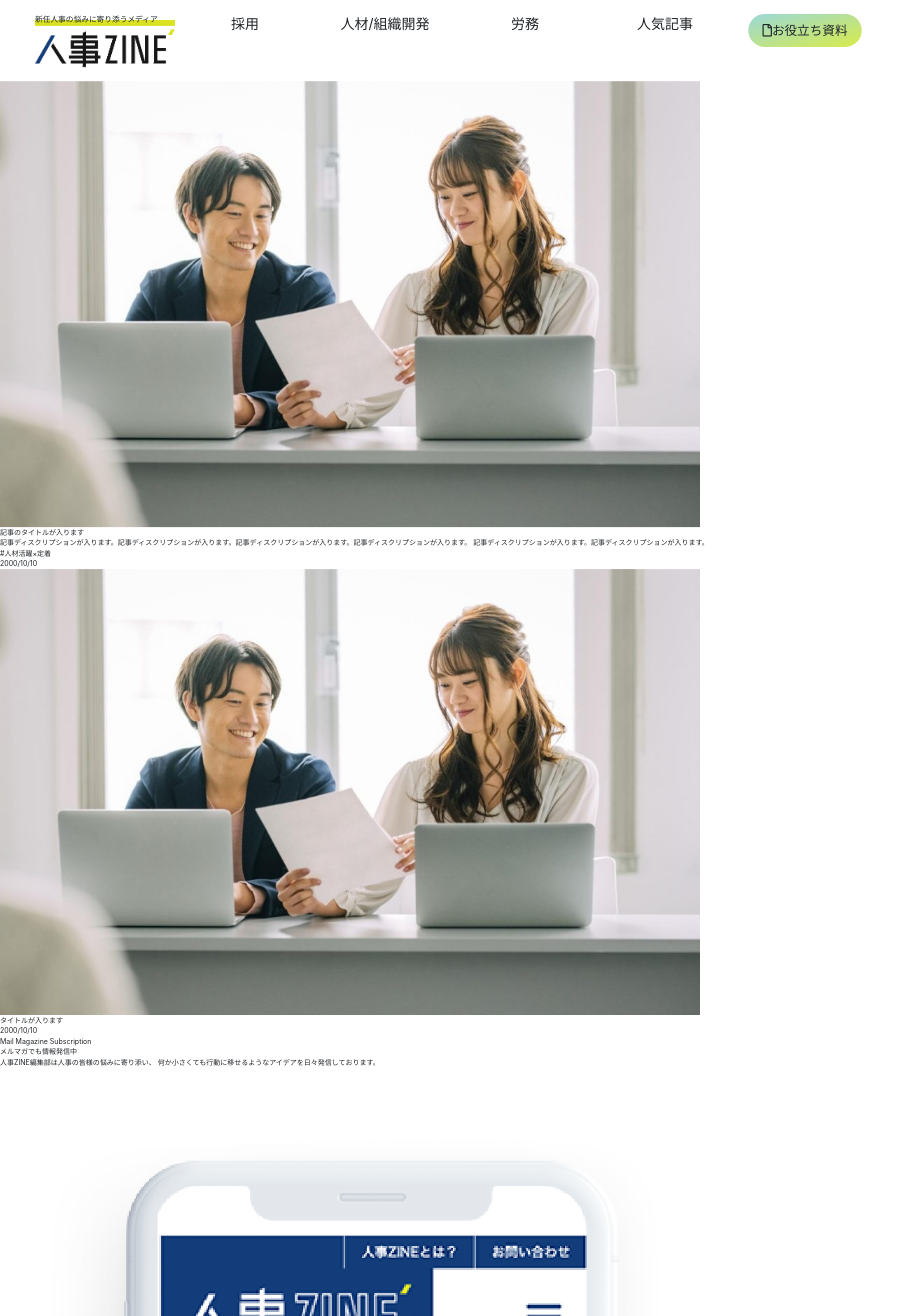
Repository: daisukey623/WpPractice
Page: http://localhost/index.html
These files come from the project's save history. The page is drawn as it stood at one moment and after a run of saves; the edit follows.
The browser window is 1280 px wide. The page is 1290 px wide, so the pictures cover 1290 px, including what lies to the right of the window. The pictures show the part of the page from y = 0 to 1880 px (the page is 3071 px tall), at 70% of full size.
Some web libraries are served in a nearby version. The page is run by PHP 8.4 with error messages shown; the project is at /var/www/html/. Style sheets and scripts are compiled from the project's sources, by tool versions that may differ from the author's.

Above is the page before, as saved 2021-09-23 18:57:08.

### index.html
<!DOCTYPE html>
<html lang="en">
  <head>
    <meta charset="UTF-8" />
    <meta http-equiv="X-UA-Compatible" content="IE=edge" />
    <meta name="viewport" content="width=device-width, initial-scale=1.0" />
    <link rel="stylesheet" href="/scss/this-thema.css" />
    <link
      href="https://use.fontawesome.com/releases/v5.6.1/css/all.css"
      rel="stylesheet"
    />
    <title>Document</title>
  </head>
  <body>
    <header>
      <div class="container">
        <div class="logo">
          <p class="logo-desc">新任人事の悩みに寄り添うメディア</p>
          <img src="/img/logo_black.png" alt="ロゴ" />
        </div>
        <nav class="nav">
          <ul class="nav-items">
            <li><a href="">採用</a></li>

            <li><a href="">人材/組織開発</a></li>
            <li><a href="">労務</a></li>
            <li><a href="">人気記事</a></li>
            <li>
              <button>
                <span
                  ><a href=""><i class="far fa-file"></i>お役立ち資料</a>
                  </span
                >
              </button>
            </li>
          </ul>
        </nav>
      </div>
    </header>
    <main>
      <article>
        <div>
          <img src="/img/eyecatch.jpg" alt="アイキャッチ" />
          <h2>記事のタイトルが入ります</h2>
          <p>
            記事ディスクリプションが入ります。記事ディスクリプションが入ります。記事ディスクリプションが入ります。記事ディスクリプションが入ります。
            記事ディスクリプションが入ります。記事ディスクリプションが入ります。
          </p>
          <p>#人材活躍×定着</p>
          <p>2000/10/10</p>
        </div>
      </article>
    </main>
    <aside>
      <article>
        <div>
          <img src="/img/eyecatch.jpg" alt="" />
          <h2>タイトルが入ります</h2>
          <p>2000/10/10</p>
        </div>
      </article>
    </aside>
    <footer>
      <div>
        <h2>Mail Magazine Subscription</h2>
        <p>メルマガでも情報発信中</p>
        <p>
          人事ZINE編集部は人事の皆様の悩みに寄り添い、
          何か小さくても行動に移せるようなアイデアを日々発信しております。
        </p>
      </div>
      <div>
        <img src="/img/footer_mail_mobile.png" alt="メルマガ" />
        <p>人事ZINE メルマガでは、こんな情報をお届けいたします。</p>
        <ul>
          <li>人事業務の基本知識が学べる記事</li>
          <li>今の時期に必要な人事業務が学べる記事</li>
          <li>人事セミナーのご案内</li>
          <li>その他 採用のお役立ち情報のご案内など</li>
        </ul>
        <p>ぜひご登録ください。</p>
        <button>登録はこちら</button>
      </div>
      <div>
        <img src="" alt="" />
        <img src="" alt="" />
        <img src="" alt="" />
        <ul>
          <li><a href="">人事ZINEとは</a></li>
          <li><a href="">プライバシーポリシー</a></li>
          <li><a href="">運営会社</a></li>
          <li><a href="">お問い合わせ</a></li>
        </ul>
        <p>コピーライト</p>
      </div>
    </footer>
  </body>
</html>

### scss/this-thema.scss
@import  "_variables.scss";
@import  "_global.scss";
@import  "_reset.scss";
@import  "_header.scss";

### scss/_variables.scss
$blue: #133D7A !default;
$yellow: #DBE222 !default;

### scss/_global.scss
html {
  font-family: sans-serif;
  line-height: 1.15;
  -webkit-text-size-adjust: 100%;
  -webkit-tap-highlight-color: rgba(0, 0, 0, 0);
  font-size: 10px;
  margin: 0;
  padding: 0;
}

body {
  margin: 0;
  padding: 0;
  font-family: -apple-system, BlinkMacSystemFont, 'Segoe UI', Roboto,
    'Helvetica Neue', Arial, 'Noto Sans', sans-serif, 'Apple Color Emoji',
    'Segoe UI Emoji', 'Segoe UI Symbol', 'Noto Color Emoji';
  font-size: 1rem;
  font-weight: 400;
  line-height: 1.5;
  color: #212529;
  text-align: left;
  background-color: #fff;
}

.container {
  display: flex;
  justify-content: center;
  width: 100%;
  padding:1.0rem ;
  margin: 1.0rem;
}

### scss/_header.scss
.logo{
  &-desc{
    background: linear-gradient(transparent 50%, $yellow 50%);
    font-size: 1.1rem;
    margin-bottom: 0.5rem;
  }
  img{
    width: 200px;
  }
}

.nav{
  &-items{
    overflow: hidden;
      li{
        width: 200px;
        text-align: center;
        float: left;
        font-size: 2.0rem;
        button{
         background-image: linear-gradient(to right bottom, rgb(155, 217, 216), rgb(216, 235, 74));
          border-image-slice: 1;
          border-radius: 25px;
          font-size: 18px;
          padding: 0.5rem;
          padding-top: 1.0rem;
          padding-bottom: 1.0rem;
          padding-left: 2.0rem;
          padding-right: 2.0rem;
          &:hover{
            background-image: linear-gradient(to right bottom, rgb(155, 217, 216), rgb(216, 235, 74));
            span{
              background-color: white;
            }
          }
        }

      }
    }
  }

Loaded but not shown: scss/_reset.scss (common file)

After the next 3 saves:
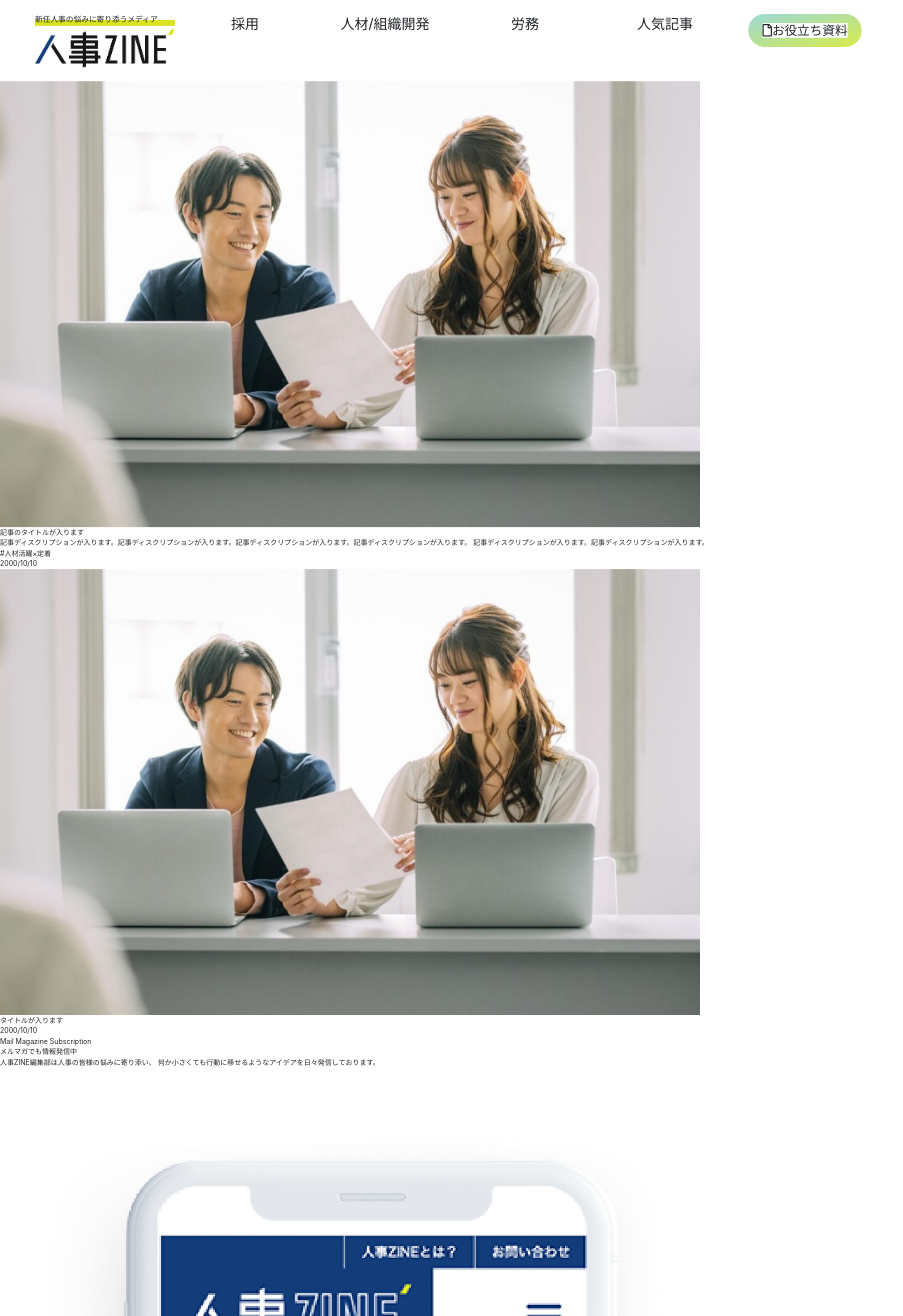
The 3 saves are shown as one change because they came seconds apart.
The last was saved 35 s later.
--- a/scss/_header.scss
+++ b/scss/_header.scss
@@ -29,9 +29,9 @@
           padding-right: 2.0rem;
           &:hover{
             background-image: linear-gradient(to right bottom, rgb(155, 217, 216), rgb(216, 235, 74));
-            span{
-              background-color: white;
-            }
+          }
+          span{
+            background-color: white;
           }
         }
 
